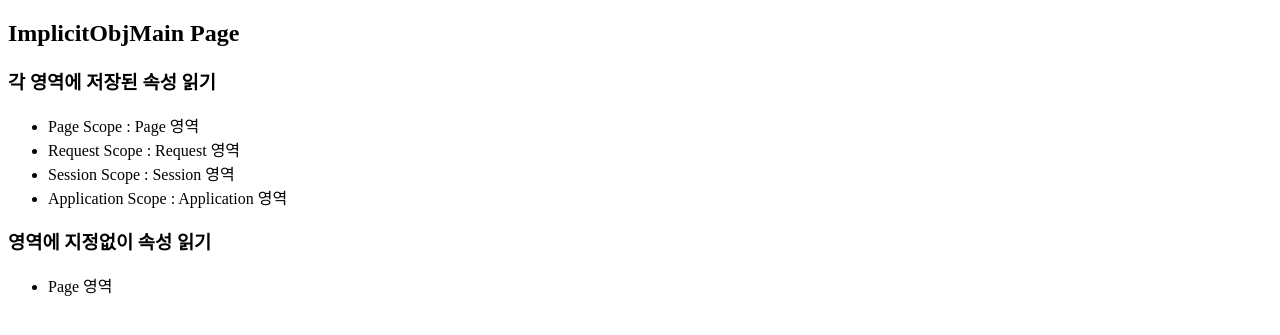
Repository: Jadedvst/Java_JSP-Servlet
Page: http://localhost/MustHaveJSP/10EL/ObjectParam.jsp
The author's editor kept a copy of each file at every save. The page is drawn from the files as they stood at one save, then again after the next save.
The browser window is 1280 px wide. The pictures show the whole page.
The page is served by Tomcat 10. Other server files are loaded and not shown.

Above is the page before, as saved 2023-12-19 00:50:56.

### MustHaveJSP/src/main/webapp/10EL/ObjectParam.jsp
<%@ page language="java" contentType="text/html; charset=UTF-8"
    pageEncoding="UTF-8"%>
<%
pageContext.setAttribute("scopeValue","Page 영역");
request.setAttribute("scopeValue","Request 영역");
session.setAttribute("scopeValue","Session 영역");
application.setAttribute("scopeValue","Application 영역");
%>
<!DOCTYPE html>
<html>
<head>
<meta charset="UTF-8">
<title>표현 언어(EL) - 내장 객체</title>
</head>
<body>
	<h2>ImplicitObjMain Page</h2>
	<h3>각 영역에 저장된 속성 읽기</h3>
	<ul>
		<li>Page Scope : ${ pageScope.scopeValue }</li>
		<li>Request Scope : ${ requestScope.scopeValue }</li>
		<li>Session Scope : ${ sessionScope.scopeValue }</li>
		<li>Application Scope : ${ applicationScope.scopeValue }</li>
	</ul>

	<h3>영역에 지정없이 속성 읽기</h3>
	<ul>
		<li>${ scopeValue }</li>
	</ul>

	<%-- <jsp:forward page="ImplicitForwardResult.jsp" /> --%>
</body>
</html>

### MustHaveJSP/src/main/webapp/10EL/ImplicitForwardResult.jsp
<%@ page language="java" contentType="text/html; charset=UTF-8"
    pageEncoding="UTF-8"%>
<%
pageContext.setAttribute("scopeValue","Page 영역");
request.setAttribute("scopeValue","Request 영역");
session.setAttribute("scopeValue","Session 영역");
application.setAttribute("scopeValue","Application 영역");
%>
<!DOCTYPE html>
<html>
<head>
<meta charset="UTF-8">
<title>표현 언어(EL) - 내장 객체</title>
</head>
<body>
	<h2>ImplicitFowardResult Page</h2>
	<h3>각 영역에 저장된 속성 읽기</h3>
	<ul>
		<li>Page Scope : `${ pageScope.scopeValue }`</li>
		<li>Request Scope : ${ requestScope.scopeValue }</li>
		<li>Session Scope : ${ sessionScope.scopeValue }</li>
		<li>Application Scope : ${ applicationScope.scopeValue }</li>
	</ul>

	<h3>영역에 지정없이 속성 읽기</h3>
	<ul>
		<li>${ scopeValue }</li>
	</ul>

</body>
</html>

After the next save:
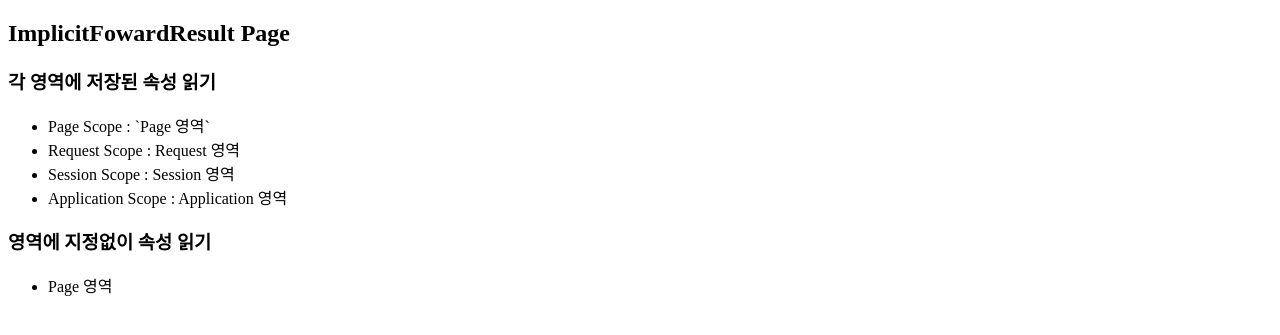
Saved 20 s later.
--- a/MustHaveJSP/src/main/webapp/10EL/ObjectParam.jsp
+++ b/MustHaveJSP/src/main/webapp/10EL/ObjectParam.jsp
@@ -27,6 +27,6 @@
 		<li>${ scopeValue }</li>
 	</ul>
 
-	<%-- <jsp:forward page="ImplicitForwardResult.jsp" /> --%>
+	<jsp:forward page="ImplicitForwardResult.jsp" />
 </body>
 </html>
